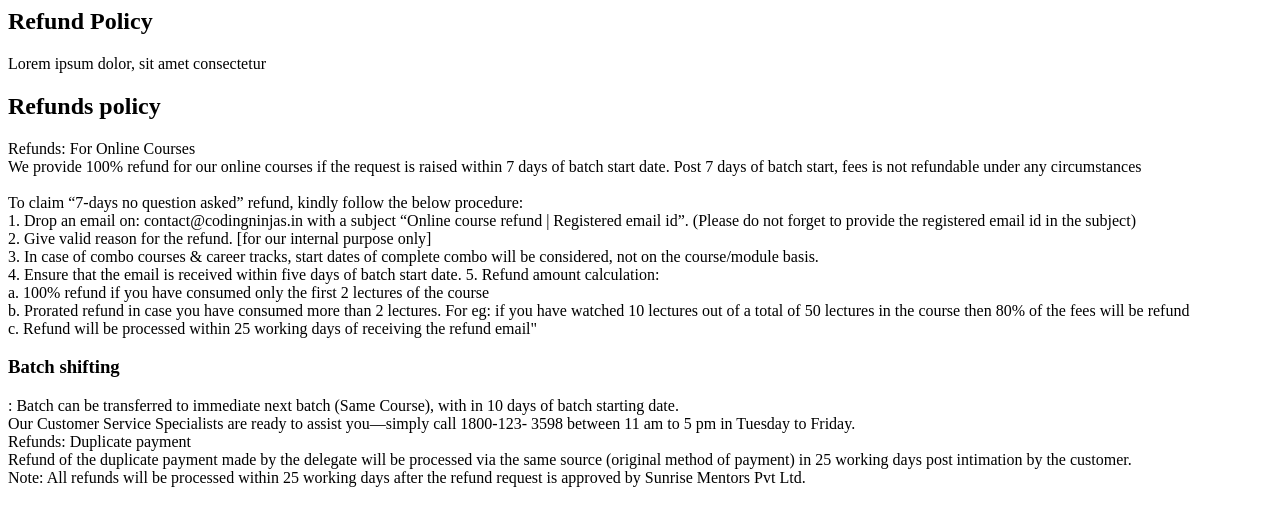
Repository: abhay3690/cheMart
Page: cheMart/cheMart/WebContent/jsp/user/refund.html
An editor plug-in stored every save of this project. The page is shown before and after the next save, followed by the edit.
The browser window is 1280 px wide. The pictures show the whole page.

Above is the page before, as saved 2023-11-07 10:58:06.

### cheMart/cheMart/WebContent/jsp/user/refund.html
<div class="about">
	<h2 class="heading">Refund Policy</h2>
	<p>Lorem ipsum dolor, sit amet consectetur</p>



	<div><h2>Refunds policy</h2>
	Refunds: For Online Courses<br>
We provide 100% refund for our online courses if the request is raised within 7 days
of batch start date. Post 7 days of batch start, fees is not refundable under any
circumstances<br><br>
To claim “7-days no question asked” refund, kindly follow the below procedure:<br>
1. Drop an email on: contact@codingninjas.in with a subject “Online course
refund | Registered email id”. (Please do not forget to provide the registered
email id in the subject)<br>
2. Give valid reason for the refund. [for our internal purpose only]<br>
3. In case of combo courses & career tracks, start dates of complete combo will
be considered, not on the course/module basis.<br>
4. Ensure that the email is received within five days of batch start date.
5. Refund amount calculation:<br>
a. 100% refund if you have consumed only the first 2 lectures of the
course<br>
b. Prorated refund in case you have consumed more than 2 lectures. For
eg: if you have watched 10 lectures out of a total of 50 lectures in the
course then 80% of the fees will be refund<br>
c. Refund will be processed within 25 working days of receiving the
refund email"<br>
<h3>Batch shifting</h3>: Batch can be transferred to immediate next batch (Same Course),
with in 10 days of batch starting date.<br>
Our Customer Service Specialists are ready to assist you—simply call 1800-123-
3598 between 11 am to 5 pm in Tuesday to Friday.<br>
Refunds: Duplicate payment
<br>
Refund of the duplicate payment made by the delegate will be processed via the
same source (original method of payment) in 25 working days post intimation by the
customer.
<br>
Note: All refunds will be processed within 25 working days after the refund request is
approved by Sunrise Mentors Pvt Ltd.

	</div>
</div>

After the next save:
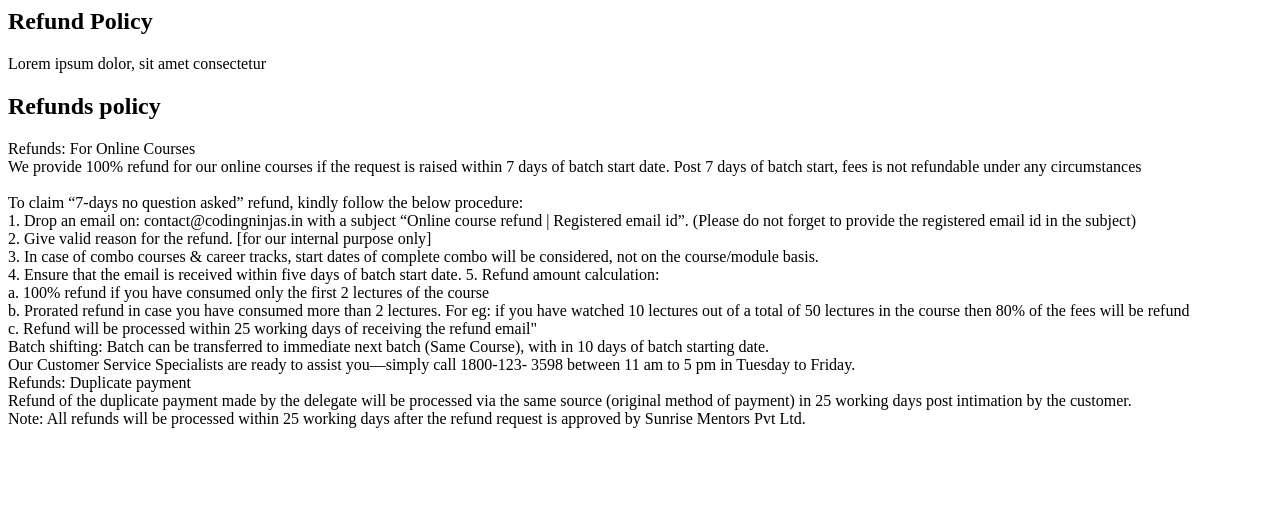
Saved 52 s later.
--- a/cheMart/cheMart/WebContent/jsp/user/refund.html
+++ b/cheMart/cheMart/WebContent/jsp/user/refund.html
@@ -25,7 +25,7 @@ eg: if you have watched 10 lectures out of a total of 50 lectures in the
 course then 80% of the fees will be refund<br>
 c. Refund will be processed within 25 working days of receiving the
 refund email"<br>
-<h3>Batch shifting</h3>: Batch can be transferred to immediate next batch (Same Course),
+Batch shifting: Batch can be transferred to immediate next batch (Same Course),
 with in 10 days of batch starting date.<br>
 Our Customer Service Specialists are ready to assist you—simply call 1800-123-
 3598 between 11 am to 5 pm in Tuesday to Friday.<br>
